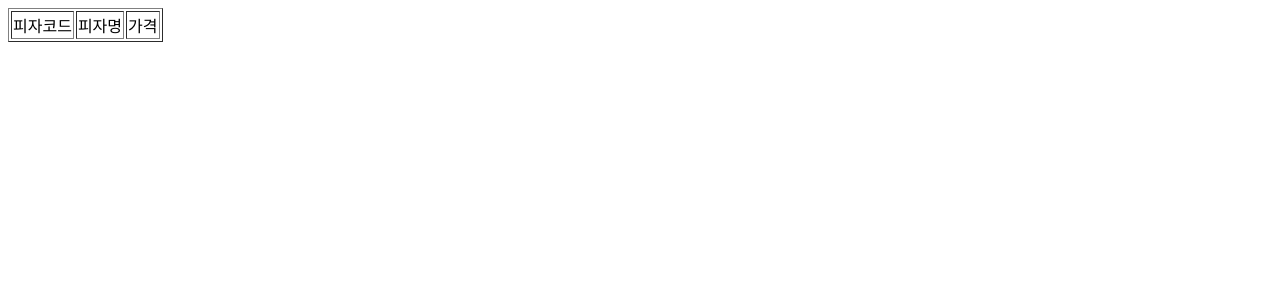
Repository: blueochild/jsp-study
Page: http://localhost/test/db_connect.jsp
The author's editor kept a copy of each file at every save. The page is drawn from the files as they stood at one save, then again after the next save.
The browser window is 1280 px wide. The pictures show the whole page.
The page is served by Tomcat 9. Queries for data that is not in the repository find no rows.

Above is the page before, as saved 2020-12-07 05:52:04.

After the next save:
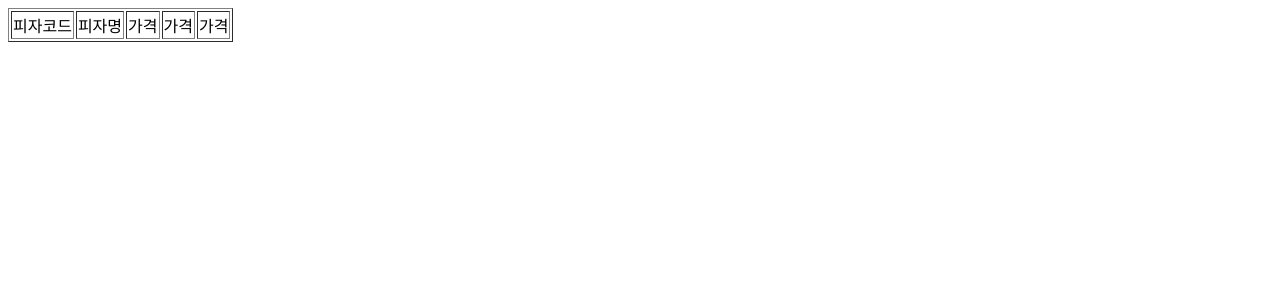
Saved 25 s later.
--- a/Test_Education_JSP/test/WebContent/db_connect.jsp
+++ b/Test_Education_JSP/test/WebContent/db_connect.jsp
@@ -7,6 +7,8 @@
 		<td>피자코드</td>
 		<td>피자명</td>
 		<td>가격</td>
+		<td>가격</td>
+		<td>가격</td>
 	</tr>
 <%
 	try {
@@ -14,14 +16,16 @@
 		Connection conn = DriverManager.getConnection
 		("jdbc:oracle:thin:@//localhost:1521/xe", "system", "1234");
 		Statement stmt = conn.createStatement();
-		String query = "SELECT * FROM TBL_PIZZA_01";
+		String query = "SELECT * FROM TBL_SALELIST_01";
 		ResultSet rs = stmt.executeQuery(query);
 		while (rs.next()) {
 		%>
 			<tr>
-				<td>1<% out.println(rs.getString(1)); %></td>
-				<td>2<% out.println(rs.getString(2)); %></td>
-				<td>3<% out.println(rs.getInt(3)); %></td>
+				<td><% out.println(rs.getInt(1)); %></td>
+				<td><% out.println(rs.getString(2)); %></td>
+				<td><% out.println(rs.getString(3)); %></td>
+				<td><% out.println(rs.getString(4)); %></td>
+				<td><% out.println(rs.getInt(5)); %></td>
 			</tr>
 		<%
 		}
